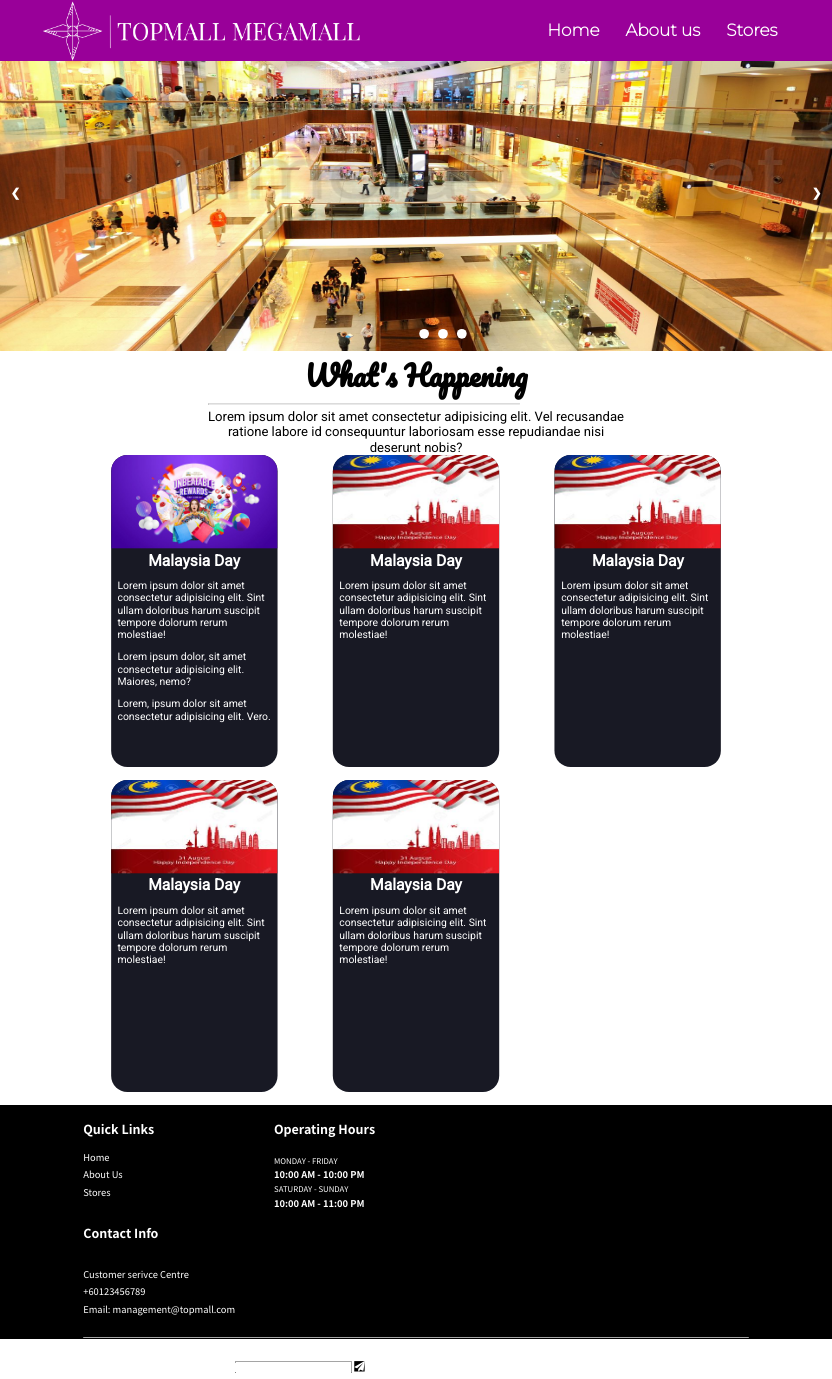
Repository: Jack0Bong/Web-Dev-Assignment
Page: index.html
The author's editor kept a copy of each file at every save. The page is drawn from the files as they stood at one save, then again after the next save.
The browser window is 1280 px wide. The pictures show the whole page, at 65% of full size.

Above is the page before, as saved 2021-09-02 02:09:29.

### index.html
<!DOCTYPE html>
<html lang="en">
    <head>
        <meta charset="UTF-8">
        <meta http-equiv="X-UA-Compatible" content="IE=edge">
        <meta name="viewport" content="width=device-width, initial-scale=1.0">
        <title>Topmall Megamall</title>

        <!-- fonts link -->
        <link href="https://fonts.googleapis.com/css2?family=Montserrat:wght@200&display=swap" rel="stylesheet">
        <link href="https://fonts.googleapis.com/css2?family=Pacifico&display=swap" rel="stylesheet">
        <link href="https://fonts.googleapis.com/css2?family=Caveat&family=Pacifico&display=swap" rel="stylesheet">
        <link href="https://fonts.googleapis.com/css2?family=Roboto&display=swap" rel="stylesheet">
        <link href="https://fonts.googleapis.com/css2?family=Poppins:wght@200&display=swap" rel="stylesheet">
        <link href="https://fonts.googleapis.com/css2?family=Noto+Sans+TC:wght@300&display=swap" rel="stylesheet">

        <!-- icon link -->
        <link rel="stylesheet" href="https://cdnjs.cloudflare.com/ajax/libs/font-awesome/4.7.0/css/font-awesome.min.css">

        <!-- style sheets link -->
        <link rel="stylesheet" href="css/navbar.css">
        <link rel="stylesheet" href="css/index.css">
    </head>
<body>
    <!-- navigation bar -->
    <nav class="nav">
        <img src="Assets/topmall-white.png" alt="Topmall" class="logo">
        <ul class="navlist">
            <!-- links added here -->
            <li><a href="" class="navlink">Home</a></li>
            <li><a href="" class="navlink">About us</a></li>
            <li><a href="" class="navlink">Stores</a></li>
        </ul>
    </nav>

    <!-- carousel with three images -->
    <section>
        <div class="carousel">

            <div class="slides fade">
                <img src="Assets/slide-one.jpg" alt="">
                <div class="slideText">Slide One</div>
            </div>

            <div class="slides fade">
                <img src="Assets/slide-two.jpg" alt="">
                <div class="slideText">Slide One</div>
            </div>

            <div class="slides fade">
                <img src="Assets/slide-three.jpg" alt="">
                <div class="slideText">Slide One</div>
            </div>

            <a onclick="slideController(-1)" class="prevslide">&#10094;</a>
            <a onclick="slideController(1)" class="nextslide">&#10095;</a>

            <div class="slidedot">
                <span onclick="dotController(1)" class="dot"></span>
                <span onclick="dotController(2)" class="dot"></span>
                <span onclick="dotController(3)" class="dot"></span>
            </div>

        </div>
    </section>

    <section class="events-section">
        <div class="event-title">
            <h1>What's Happening</h1>
            <hr>
            <p>Lorem ipsum dolor sit amet consectetur adipisicing elit. Vel recusandae ratione labore id consequuntur laboriosam esse repudiandae nisi deserunt nobis?</p>

        </div>

        <div class="card-view">

            <div class="card">
                <img src="Assets/event-two.jpg" alt="">
                <h2>Malaysia Day</h2>
                <p>Lorem ipsum dolor sit amet consectetur adipisicing elit. Sint ullam doloribus harum suscipit tempore dolorum rerum molestiae!</p>
                <p>Lorem ipsum dolor, sit amet consectetur adipisicing elit. Maiores, nemo?</p>
                <p>Lorem, ipsum dolor sit amet consectetur adipisicing elit. Vero.</p>
            </div>
            <div class="card">
                <img src="Assets/event-one.jpg" alt="">
                <h2>Malaysia Day</h2>
                <p>Lorem ipsum dolor sit amet consectetur adipisicing elit. Sint ullam doloribus harum suscipit tempore dolorum rerum molestiae!</p>
            </div>
            <div class="card">
                <img src="Assets/event-one.jpg" alt="">
                <h2>Malaysia Day</h2>
                <p>Lorem ipsum dolor sit amet consectetur adipisicing elit. Sint ullam doloribus harum suscipit tempore dolorum rerum molestiae!</p>
            </div>
            <div class="card">
                <img src="Assets/event-one.jpg" alt="">
                <h2>Malaysia Day</h2>
                <p>Lorem ipsum dolor sit amet consectetur adipisicing elit. Sint ullam doloribus harum suscipit tempore dolorum rerum molestiae!</p>
            </div>
            <div class="card">
                <img src="Assets/event-one.jpg" alt="">
                <h2>Malaysia Day</h2>
                <p>Lorem ipsum dolor sit amet consectetur adipisicing elit. Sint ullam doloribus harum suscipit tempore dolorum rerum molestiae!</p>
            </div>

        </div>
    </section>


    <!-- footer element -->
    <footer>
        <div class="footer-upper">
            <div class="footer-content">
                <h1 class="footer-title">Quick Links</h1>
                <a href="">Home</a>
                <a href="">About Us</a>
                <a href="">Stores</a>
            </div>
            <div class="footer-content">
                <h1 class="footer-title">Operating Hours</h1>
                <span style="font-size: 0.75em;">MONDAY - FRIDAY</span>
                <h2>10:00 AM - 10:00 PM</h2>
                <span style="font-size: 0.75em;">SATURDAY - SUNDAY</span>
                <h2>10:00 AM - 11:00 PM</h2>
            </div>
            <div class="footer-content">
                <h1 class="footer-title">Contact Info</h1>
                <span>Customer serivce Centre</span>
                <a href="tel:0123456789">+60123456789</a>
                <a href="mailto:someone@example.com">Email: management@topmall.com</a>
            </div>
            <hr>
        </div>
        <div class="footer-lower">
            <div class="footer-email">
                <span style="color: white;">Sign up for Topmall Newsletter</span>
                <form action="" method="post"> <input type="email" name="" id=""> <button type="submit" style="background-color:black;border:none;font-size: 0.5em;"><i class="fa fa-paper-plane"></i></button> </form>
            </div>
            <div class="footer-social">
                <a href="" class="fa fa-facebook-square"></a>
                <a href="" class="fa fa-twitter-square"></a>
                <a href="" class="fa fa-youtube-square"></a>
                <a href="" class="fa fa-instagram"></a>
                <a href="" class="fa fa-reddit"></a>
            </div>
        </div>
    </footer>


    <script src="Js/navbar.js"></script>
    <script src="Js/carousel.js"></script>
</body>
</html>

### css/navbar.css
*{
    padding: 0px;
    margin: 0px;
    box-sizing: border-box;
}

body{
    min-height: 100vh;
    display: flex;
    flex-direction: column;
}


/* Navigation bar style */
nav{
    position: fixed;
    width: 100%;
    height: 13vh;
    display: flex;
    justify-content: space-between;
    transition: 0.3s ease-in-out;
    background-color: #990099;
    opacity: 80%;
    z-index: 999;
}

nav:hover{
    width: 100%;
    height: 13vh;
    opacity: 100%;
}

.shrink{
    height: 9vh;
    background-color: #990099;
}

.logo{
    padding-left: 5vw;
}

.navlist{
    display: flex;
    align-items: center;
    padding-right: 5vw;
}

.navlist li{
    list-style: none;
    padding: 0px 20px;
}

.navlink{
    position: relative;
    color: white;
    font-size: 26px;
    font-weight: 700;
    text-decoration: none;
    font-family: montserrat;
}

.navlink:hover {
    color: white;
}

.navlink::before {
    content: "";
    position: absolute;
    display: block;
    width: 100%;
    height: 2px;
    bottom: 0;
    left: 0;
    background-color: white;
    transform: scaleX(0);
    transition: transform 0.3s ease;
  }

.navlink:hover::before {
    transform: scaleX(1);
}

.navbar-padding{
    width: 100%;
    height: 13vh;
}


/* footer styling */
footer{
    margin-top: auto;
    background-color: black;
    height: 50vh;
}

.footer-upper{
    width: 80%;
    display: flex;
    flex-direction: row;
    justify-content: start;
    margin-left: 10%;
    flex-wrap: wrap;
}

.footer-content{
    display: flex;
    flex-direction: column;
    margin-top: 3vh;
    color: white;
    font-family: 'Noto Sans TC', sans-serif;
    margin-right: 18%;
}

.footer-title{
    margin-bottom: 15%;
    font-size: 1.2em;
}

.footer-content a{
    font-size: 0.9em;
    text-decoration: none;
    color: white;
    padding: 3px 0px 3px 0px;
}

.footer-content span{
    padding: 3px 0px 3px 0px;
    font-size: 0.9em;
    font-family: 'Noto Sans TC', sans-serif;
}

.footer-content h2{
    font-size: 0.9em;
}

.footer-upper hr{
    margin: 3% 0px 3% 0px;
    flex-basis: 100%;
    border: none;
    border-top: 0.1px solid white;
}

.footer-lower{
    width: 80%;
    display: flex;
    flex-direction: row;
    justify-content: space-between;
    margin-left: 10%;
    flex-wrap: wrap;
}

.footer-email{
    font-family: 'Noto Sans TC', sans-serif;
}

.footer-email form{
    display: inline;
    width: fit-content;
}


.footer-social a{
    text-decoration: none;
}

.fa{
    color: white;
    font-size: 2em;
}

### css/index.css
/* Carousel css */
.carousel{
    position: relative;
    width: 100%;
    height: 75vh;
}

.slides{
    display: none;
    width: 100%;
    height: 100%;
}

.slides img{
    width: 100%;
    height: 100%;
}

.prevslide,.nextslide{
    position: absolute;
    top: 50%;
    width: auto;
    padding: 16px;
    color: white;
    font-weight: bold;
    font-size: 18px;
    transition: 0.6s ease;
    border-radius: 0 3px 3px 0;
    user-select: none;
}

.nextslide{
    right: 0%;
    border-radius: 3px 0 0 3px;
}

.slideText{
    display: none;
}

.slidedot{
    position: absolute;
    bottom: 10px;
    display: inline;
    margin-left: 50%;
}

.dot{
    position: relative;
    cursor: pointer;
    height: 15px;
    width: 15px;
    margin: 5px;
    background-color: white;
    border-radius: 50%;
    display: inline-block;
    transition: background-color 0.6s ease;
}

.active, .dot:hover{
    background-color: #bbb;
}

.fade {
    -webkit-animation-name: fade;
    -webkit-animation-duration: 1.5s;
    animation-name: fade;
    animation-duration: 1.5s;
  }

@-webkit-keyframes fade {
from {opacity: .4}
to {opacity: 1}
}

@keyframes fade {
from {opacity: .4}
to {opacity: 1}
}



/* Events section styling */
.events-section{
    width: 100%;
}

.event-title{
    font-family: pacifico;
    font-size: 1.8em;
    text-align: center;
    width: 50%;
    margin: auto;
}

.event-title p{
    font-size: 0.7em;
    font-family: roboto;
}

.event-title hr{
    width: 75%;
    margin: auto;
    margin: 5px 0px 5px 0px;
}

.card-view{
    display: grid;
    grid-template-columns: repeat(3, 1fr);
    grid-auto-rows: auto;
    width: 80%;
    margin: auto;
}

.card{
    margin: 0 auto 20px auto;
    width: 75%;
    min-height: 480px;
    background-color: #181924;
    color: white;
    font-family: roboto;
    border-radius: 25px;
}

.card img{
    width: 100%;
    object-fit: cover;
    border-radius: 25px 25px 0 0;
}

.card h2{
    text-align: center;
}

.card p{
    text-overflow: clip;
    margin: 15px 10px 0px 10px;
}

### Js/navbar.js
window.addEventListener("scroll", (event) => {
    let scroll = this.scrollY;
    let navbar = document.querySelector('.nav');
    if(scroll >= 100){
        navbar.classList.add("shrink")
    }else{
        navbar.classList.remove("shrink");
    }
});

### Js/carousel.js
let slideIndex = 1;
displaySlide(slideIndex);


function slideController(n){
    displaySlide(slideIndex+= n)
}

function dotController(n){
    slideIndex = n;
    displaySlide(slideIndex);
}

function displaySlide(n){
    let slides = document.querySelectorAll(".slides");
    if(n > slides.length){ slideIndex = 1}
    if(n < 1){ slideIndex = 3}

    for(let i = 0; i < slides.length;i++){
        slides[i].style.display="none";
    }

    slides[slideIndex-1].style.display = "block";

}

After the next save:
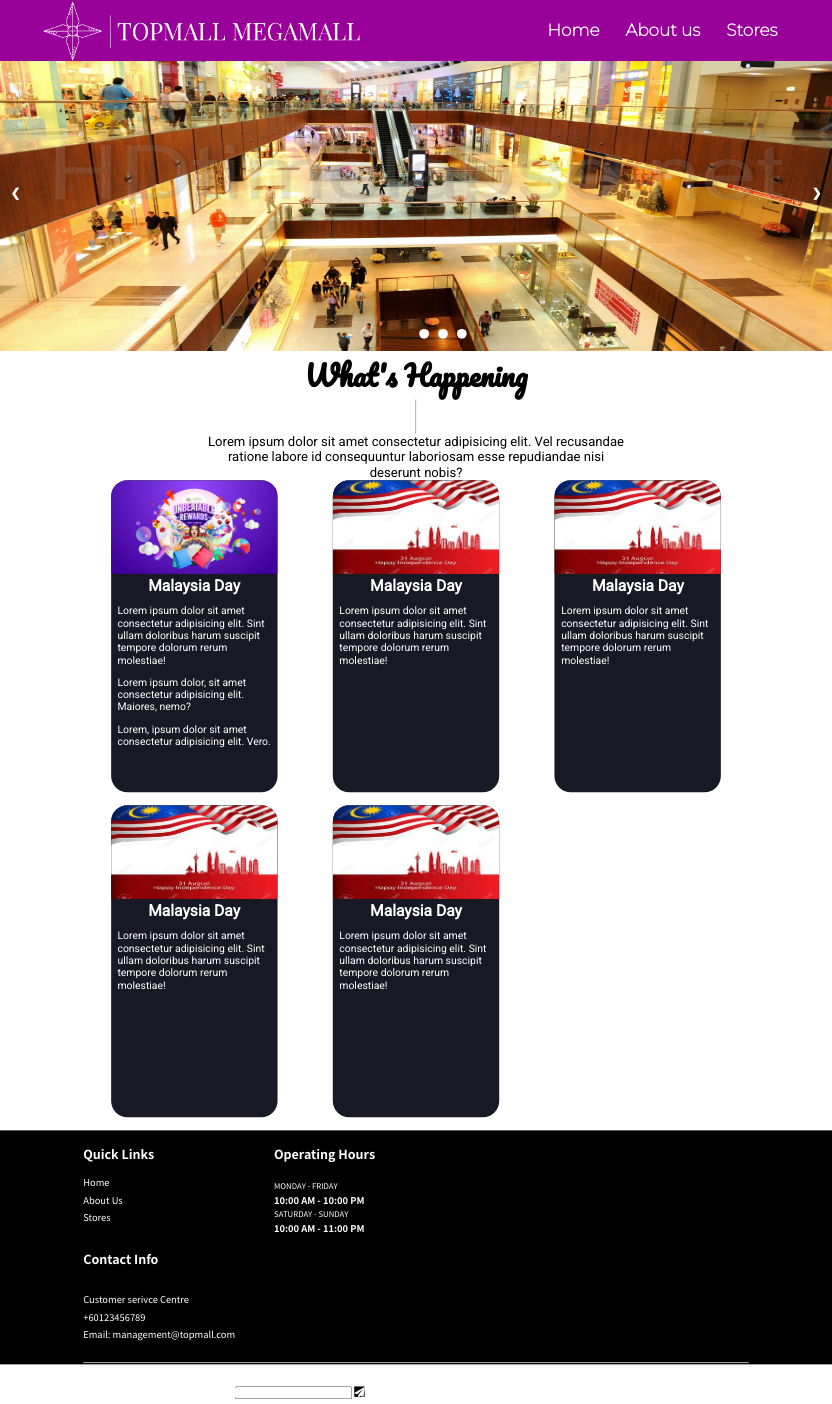
Saved 39 s later.
--- a/css/index.css
+++ b/css/index.css
@@ -99,6 +99,7 @@
 }
 
 .event-title hr{
+    display: inline;
     width: 75%;
     margin: auto;
     margin: 5px 0px 5px 0px;

After the save that followed:
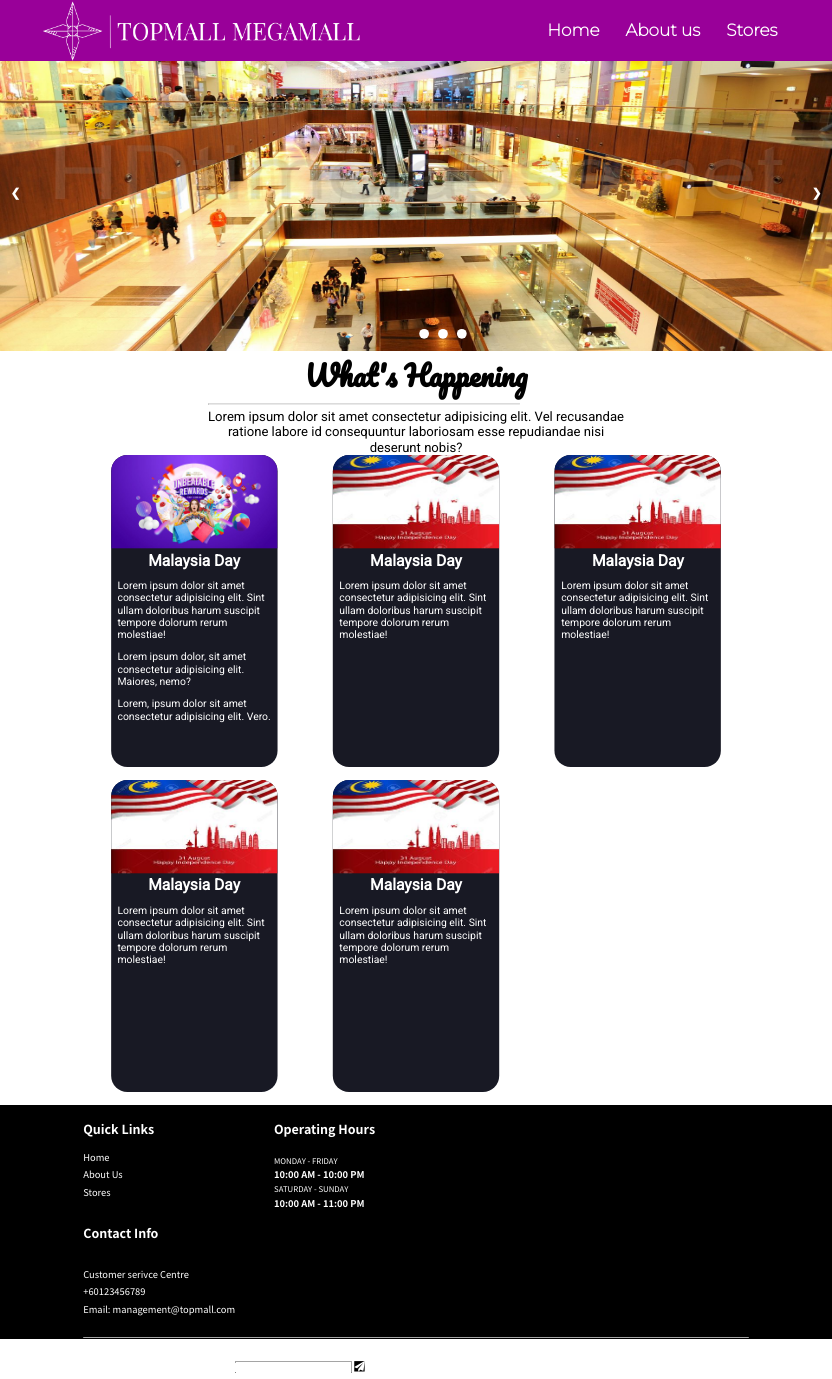
Saved 5 s later.
--- a/css/index.css
+++ b/css/index.css
@@ -99,7 +99,6 @@
 }
 
 .event-title hr{
-    display: inline;
     width: 75%;
     margin: auto;
     margin: 5px 0px 5px 0px;
